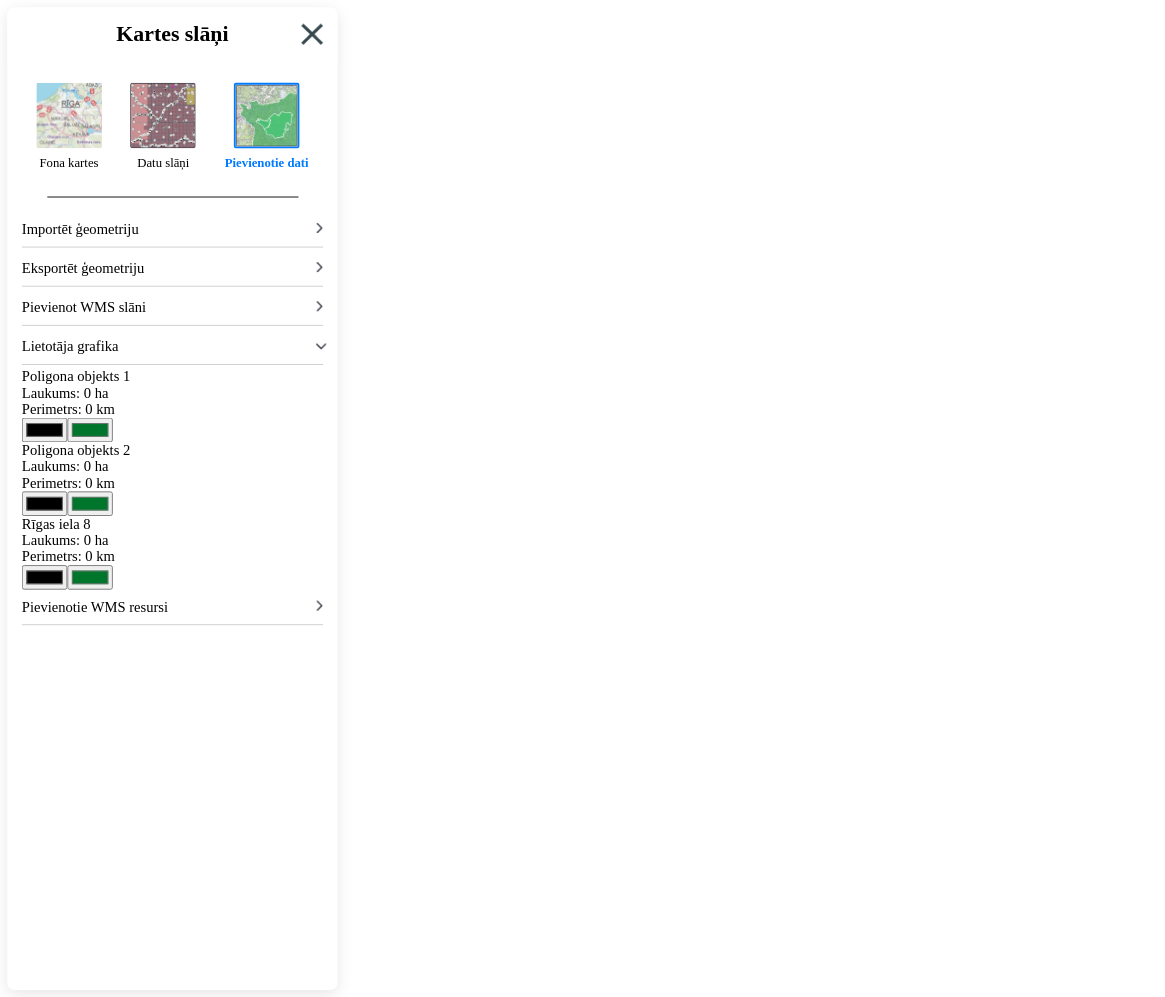
Repository: Kringelis/KP_kar-usl-i
Page: /, after clicking the first element matching `div.sidebar-tabs > :nth-child(3)`
These files come from the project's save history. The page is drawn as it stood at one moment and after a run of saves; the edit follows.
The browser window is 1280 px wide. The pictures show the whole page, at 91% of full size.
The project was rebuilt for these pictures with package versions that can differ from the ones it lists, and the page was loaded fresh each time. Also part of the build but not shown: src/components/FonaKartes.scss, src/components/DatuSlani.scss, src/components/DatuSlani.jsx, src/App.scss.

Above is the page before, as saved 2024-06-17 16:30:04.

### public/index.html
<!DOCTYPE html>
<html lang="en">
  <head>
    <link
      rel="stylesheet"
      href="https://fonts.googleapis.com/css2?family=Inter:wght@400;500;700&display=swap"
    />

    <meta charset="UTF-8" />
    <meta name="viewport" content="width=device-width, initial-scale=1.0" />
    <title>React App</title>
  </head>
  <body>
    <noscript>You need to enable JavaScript to run this app.</noscript>
    <div id="root"></div>
  </body>
</html>

### src/App.js
import React from "react";
import Sidebar from "./components/Sidebar";
import "./App.scss";

function App() {
  return (
    <div className="App">
      <header className="App-header">
        <Sidebar />
      </header>
    </div>
  );
}

export default App;

### src/components/Sidebar.jsx
import React, { useState } from "react";
import FonaKartes from "./FonaKartes";
import DatuSlani from "./DatuSlani";
import PievienotieDati from "./PievienotieDati";
import "./Sidebar.scss";

import pirmais from "./pirmais.png";
import otrais from "./otrais.png";
import tresais from "./tresais.png";
import close from "./close.png";

const Sidebar = () => {
  const [activeSection, setActiveSection] = useState("FonaKartes");

  return (
    <div className="sidebar">
      <div className="sidebar-header">
        <div className="sidebar-title">Kartes slāņi</div>
        <img src={close} alt="Close" className="close-icon" />
      </div>
      <div className="sidebar-tabs">
        <div
          className={`tab ${activeSection === "FonaKartes" ? "active" : ""}`}
          onClick={() => setActiveSection("FonaKartes")}
        >
          <img src={pirmais} alt="Fona kartes" className="tab-square" />
          <div className="tab-text">Fona kartes</div>
        </div>
        <div
          className={`tab ${activeSection === "DatuSlani" ? "active" : ""}`}
          onClick={() => setActiveSection("DatuSlani")}
        >
          <img src={otrais} alt="Datu slāņi" className="tab-square" />
          <div className="tab-text">Datu slāņi</div>
        </div>
        <div
          className={`tab ${
            activeSection === "PievienotieDati" ? "active" : ""
          }`}
          onClick={() => setActiveSection("PievienotieDati")}
        >
          <img src={tresais} alt="Pievienotie dati" className="tab-square" />
          <div className="tab-text">Pievienotie dati</div>
        </div>
      </div>
      <div className="dividing-line"></div>{" "}
      {/* Added horizontal dividing line */}
      <div className="sidebar-content">
        {activeSection === "FonaKartes" && <FonaKartes />}
        {activeSection === "DatuSlani" && <DatuSlani />}
        {activeSection === "PievienotieDati" && <PievienotieDati />}
      </div>
    </div>
  );
};

export default Sidebar;

### src/components/FonaKartes.jsx
import React, { useState } from "react";
import "./FonaKartes.scss";
import copy from "./copyright.png";
import one from "./Rectangle 4.png";
import two from "./Rectangle 4(1).png";
import three from "./Rectangle 4(2).png";
import four from "./Rectangle 4(3).png";

import six from "./Rectangle 4(5).png";
import seven from "./Rectangle 4(6).png";
import eight from "./Rectangle 4(7).png";
import nine from "./Rectangle 4(8).png";

const FonaKartes = () => {
  const [activeItem, setActiveItem] = useState(null);
  const [sliderValues, setSliderValues] = useState({});

  const items = [
    {
      id: 1,
      title: "Pārskata (topogrāfiskā) karte",
      subtitle: "Tradicionālā tipogrāfijas versija",
      image: one,
      tooltip: "LĢIA",
    },
    {
      id: 2,
      title: "Topogrāfiskā karte ar reljefu",
      subtitle: "WEB versija kombinācijā ar DTM",
      image: two,
      tooltip: "LĢIA",
    },
    {
      id: 3,
      title: "Kombinētā fona karte",
      subtitle: "Dažādas detalitātes fona karte",
      image: three,
      tooltip: "LĢIA",
    },
    {
      id: 4,
      title: "Melnbaltā fona karte",
      subtitle: "Dažādas detalitātes fona karte",
      image: four,
      tooltip: "LĢIA",
    },
    {
      id: 5,
      title: "Ortofoto karte",
      subtitle: "6., 7. un 8. cikla jaunāko datu pārklājums",
      image: nine,
      tooltip: "LĢIA",
    },
    {
      id: 6,
      title: "Digitālais reljefa modelis",
      subtitle: "LIDAR 2013. - 2021.g. (40 cm)",
      image: six,
      tooltip: "LĢIA",
    },
    {
      id: 7,
      title: "Digitālais reljefa modelis ar horizontālēm",
      subtitle: "LIDAR 2013. - 2021.g. (40 cm)",
      image: seven,
      tooltip: "LĢIA",
    },
    {
      id: 8,
      title: "Digitālais virsmas modelis",
      subtitle: "LIDAR 2013. - 2021.g. (40 cm)",
      image: seven,
      tooltip: "LĢIA",
    },
    {
      id: 9,
      title: "Vēsturiskā topogrāfiskā karte mērogā 1: 75 000",
      subtitle: "No 1921. līdz 1940. gadam",
      image: eight,
      tooltip: "LĢIA",
    },
  ];

  const handleItemClick = (id) => {
    setActiveItem(id);
    if (!sliderValues.hasOwnProperty(id)) {
      setSliderValues((prevValues) => ({
        ...prevValues,
        [id]: 50,
      }));
    }
  };

  const handleSliderChange = (id, value) => {
    setSliderValues((prevValues) => ({
      ...prevValues,
      [id]: value,
    }));
  };

  return (
    <div className="fona-kartes">
      {items.map((item) => (
        <div
          key={item.id}
          className={`fona-kartes-item ${
            activeItem === item.id ? "active" : ""
          }`}
          onClick={() => handleItemClick(item.id)}
        >
          <div className="icon-container">
            <img
              src={copy}
              alt="info"
              className="info-icon"
              onClick={(e) => e.stopPropagation()}
            />
            <div className="tooltip">{item.tooltip}</div>
          </div>
          <div className="item-square">
            <img src={item.image} alt={`Kartes ikona`} />
          </div>
          <div className="item-text">
            <div className="item-title">{item.title}</div>
            <div className="item-subtitle">{item.subtitle}</div>
            {activeItem === item.id && (
              <div className="slider-container">
                <div
                  className="hollow-square"
                  onClick={(e) => {
                    e.stopPropagation();
                    handleSliderChange(item.id, 0);
                  }}
                ></div>
                <input
                  type="range"
                  className="item-slider"
                  value={sliderValues[item.id] || 0}
                  onChange={(e) =>
                    handleSliderChange(item.id, parseInt(e.target.value))
                  }
                />
                <div
                  className="black-square"
                  onClick={(e) => {
                    e.stopPropagation();
                    handleSliderChange(item.id, 100);
                  }}
                ></div>
              </div>
            )}
          </div>
        </div>
      ))}
    </div>
  );
};

export default FonaKartes;

### src/components/PievienotieDati.jsx
import React, { useState } from "react";
import "./PievienotieDati.scss";
import Arrow from "./Vector.png";

const PievienotieDati = () => {
  const [isImportGeometryOpen, setImportGeometryOpen] = useState(false);
  const [isExportGeometryOpen, setExportGeometryOpen] = useState(false);
  const [isAddWMSLayerOpen, setAddWMSLayerOpen] = useState(false);
  const [isUserGraphicsOpen, setUserGraphicsOpen] = useState(true);
  const [isWMSResourcesOpen, setWMSResourcesOpen] = useState(false);
  const [isLVMGeoWMSOpen, setLVMGeoWMSOpen] = useState(false);

  const [userGraphics, setUserGraphics] = useState([
    {
      id: 1,
      name: "Poligona objekts 1",
      area: 0,
      perimeter: 0,
      outlineColor: "#000000",
      fillColor: "#00762C",
    },
    {
      id: 2,
      name: "Poligona objekts 2",
      area: 0,
      perimeter: 0,
      outlineColor: "#000000",
      fillColor: "#00762C",
    },
    {
      id: 3,
      name: "Rīgas iela 8",
      area: 0,
      perimeter: 0,
      outlineColor: "#000000",
      fillColor: "#00762C",
    },
  ]);

  const toggleSection = (setFunction) => {
    setFunction((prevState) => !prevState);
  };

  const handleColorChange = (id, type, color) => {
    const newUserGraphics = userGraphics.map((item) =>
      item.id === id ? { ...item, [type]: color } : item
    );
    setUserGraphics(newUserGraphics);
  };

  return (
    <div className="pievienotie-dati">
      <div
        className="section-title"
        onClick={() => toggleSection(setImportGeometryOpen)}
      >
        Importēt ģeometriju
        <span
          className={`accordion-icon ${isImportGeometryOpen ? "open" : ""}`}
        >
          <img className="accordion-icon" src={Arrow} alt="V" />
        </span>
      </div>
      {isImportGeometryOpen && (
        <div className="sub-section">Importēt ģeometriju</div>
      )}

      <div
        className="section-title"
        onClick={() => toggleSection(setExportGeometryOpen)}
      >
        Eksportēt ģeometriju
        <span
          className={`accordion-icon ${isExportGeometryOpen ? "open" : ""}`}
        >
          <img className="accordion-icon" src={Arrow} alt="V" />
        </span>
      </div>
      {isExportGeometryOpen && (
        <div className="sub-section">Eksportēt ģeometriju</div>
      )}

      <div
        className="section-title"
        onClick={() => toggleSection(setAddWMSLayerOpen)}
      >
        Pievienot WMS slāni
        <span className={`accordion-icon ${isAddWMSLayerOpen ? "open" : ""}`}>
          <img className="accordion-icon" src={Arrow} alt="V" />
        </span>
      </div>
      {isAddWMSLayerOpen && (
        <div className="sub-section">Pievienot WMS slāni</div>
      )}

      <div
        className="section-title"
        onClick={() => toggleSection(setUserGraphicsOpen)}
      >
        Lietotāja grafika
        <span className={`accordion-icon ${isUserGraphicsOpen ? "open" : ""}`}>
          <img className="accordion-icon" src={Arrow} alt="V" />
        </span>
      </div>
      {isUserGraphicsOpen && (
        <div className="sub-section">
          {userGraphics.map((item) => (
            <div key={item.id} className="toggle-item">
              <div className="item-info">
                <span>{item.name}</span>
                <div className="info">
                  <div>Laukums: {item.area} ha</div>
                  <div>Perimetrs: {item.perimeter} km</div>
                </div>
              </div>
              <div className="icons">
                <label>
                  <input
                    type="color"
                    value={item.outlineColor}
                    onChange={(e) =>
                      handleColorChange(item.id, "outlineColor", e.target.value)
                    }
                  />
                  <span
                    className="color-block"
                    style={{ backgroundColor: item.outlineColor }}
                  ></span>
                </label>
                <label>
                  <input
                    type="color"
                    value={item.fillColor}
                    onChange={(e) =>
                      handleColorChange(item.id, "fillColor", e.target.value)
                    }
                  />
                  <span
                    className="color-block"
                    style={{ backgroundColor: item.fillColor }}
                  ></span>
                </label>
              </div>
            </div>
          ))}
        </div>
      )}

      <div
        className="section-title"
        onClick={() => toggleSection(setWMSResourcesOpen)}
      >
        Pievienotie WMS resursi
        <span className={`accordion-icon ${isWMSResourcesOpen ? "open" : ""}`}>
          <img className="accordion-icon" src={Arrow} alt="V" />
        </span>
      </div>
      {isWMSResourcesOpen && (
        <div className="sub-section">
          <div
            className="sub-title"
            onClick={() => toggleSection(setLVMGeoWMSOpen)}
          >
            LVM GEO WMS
            <span className={`accordion-icon ${isLVMGeoWMSOpen ? "open" : ""}`}>
              <img className="accordion-icon" src={Arrow} alt="V" />
            </span>
          </div>
          {isLVMGeoWMSOpen && (
            <div className="sub-sub-section">
              {[
                "Mežaudzu plāns",
                "Augsnes laukumi",
                "Rekreācijas zonas",
                "Kvartāra nogulumu karte",
                "Digitālā reljefa modelis",
                "Vēja ātrums",
              ].map((layer, index) => (
                <div className="toggle-item" key={index}>
                  <span>{layer}</span>
                  <label className="toggle-switch">
                    <input type="checkbox" />
                    <span className="slider"></span>
                  </label>
                </div>
              ))}
            </div>
          )}
        </div>
      )}
    </div>
  );
};

export default PievienotieDati;

### src/components/Sidebar.scss
.sidebar {
  width: 363px;
  height: 1080px;
  background-color: #ffffff;
  box-shadow: 0px 4px 16px rgba(0, 0, 0, 0.1);
  border-radius: 8px;
  overflow: hidden;
  position: relative;

  .sidebar-header {
    display: flex;
    justify-content: center;
    align-items: center;
    padding: 16px;
    background-color: #ffffff;
    position: relative;

    .sidebar-title {
      font-size: 24px;
      font-weight: bold;
      color: #000000;
    }
    &.active {
      color: #007bff;
    }

    .close-icon {
      width: 24px;
      height: 24px;
      cursor: pointer;
      position: absolute;
      right: 16px;
    }
  }

  .sidebar-tabs {
    display: flex;
    justify-content: space-around;
    padding: 16px;

    .tab {
      display: flex;
      flex-direction: column;
      align-items: center;
      font-size: 14px;
      color: #000000;
      cursor: pointer;
      padding: 8px 0;

      border-radius: 10%;
      transition: background-color 0.3s ease, color 0.3s ease;

      &.active {
        .tab-square {
          border: 2px solid #007bff;
          box-sizing: border-box;
          border-radius: 3%;
        }
        .tab-text {
          color: #007bff;
          font-weight: bold;
        }
      }

      &:hover {
        background-color: #f8f9fa;
      }

      .tab-square {
        width: 72px;
        height: 72px;
        margin-bottom: 8px;
        display: flex;
        border-radius: 3%;
        justify-content: center;
        align-items: center;
        box-sizing: border-box;
      }

      .tab-image {
        width: 100%;
        height: 100%;
        object-fit: cover;
      }

      .tab-text {
        text-align: center;
      }
    }
  }

  .sidebar-content {
    padding: 16px;
  }

  .dividing-line {
    width: 276px;
    height: 1px;
    background-color: #000;
    margin: 0 auto;
    margin-top: 5px;
  }
}

### src/components/PievienotieDati.scss
.pievienotie-dati {
  .section-title {
    display: flex;
    justify-content: space-between;
    align-items: center;
    font-size: 16px;
    cursor: pointer;
    padding: 10px 0;
    margin-bottom: 4px;
    border-bottom: 1px solid #ccc;

    .accordion-icon {
      transition: transform 0.3s ease;
      margin-left: auto;
    }

    .accordion-icon.open {
      transform: rotate(90deg);
    }

    .sub-section {
      padding-left: 20px;
      margin-top: 16px;
      display: flex;
      flex-direction: column;
      align-items: flex-start;
    }

    .toggle-item {
      width: 100%;
      display: flex;
      justify-content: space-between;
      align-items: center;
      margin-top: 8px;
      padding: 8px;
      border-bottom: 1px solid #ccc;

      .item-info {
        flex: 1;
      }

      .info {
        font-size: 12px;
        color: rgb(0, 0, 0);
      }

      .icons {
        display: flex;
        align-items: center;

        label {
          display: flex;
          align-items: center;
          margin-right: 10px;
          position: relative;

          input[type="color"] {
            visibility: hidden;
            position: absolute;
          }

          .color-block {
            width: 16px;
            height: 16px;
            border-radius: 10%;
            margin-right: 5px;
            cursor: pointer;
          }

          .red {
            background-color: #ff0000;
          }
          .yellow {
            background-color: #ffff00;
          }
          .orange {
            background-color: #ffa500;
          }
          .green {
            background-color: #008000;
          }
          .cyan {
            background-color: #00ffff;
          }
          .blue {
            background-color: #0000ff;
          }
          .purple {
            background-color: #800080;
          }
          .pink {
            background-color: #ffc0cb;
          }
          .black {
            background-color: #000000;
          }
        }
      }
    }

    .toggle-switch {
      position: relative;
      display: inline-block;
      width: 20px;
      height: 10px;
      margin-left: 8px;
      vertical-align: middle;

      input {
        opacity: 0;
        width: 0;
        height: 0;
      }

      .slider {
        position: absolute;
        cursor: pointer;
        top: 0;
        left: 0;
        right: 0;
        bottom: 0;
        background-color: white;
        transition: 0.4s;
        border-radius: 34px;
        border: 1px solid black;

        &:before {
          content: "";
          position: absolute;
          height: 6px;
          width: 6px;
          background-color: black;
          transition: 0.4s;
          border-radius: 50%;
          left: 1px;
          bottom: 1px;
          right: 100%;
          margin: auto;
        }
      }

      input:checked + .slider {
        background-color: #007bff;
        border-color: transparent;
      }

      input:checked + .slider:before {
        transform: translateX(10px);
        background-color: white;
      }
    }
    .dividing-line {
      width: calc(100% - 20px);
      height: 10px;
      background-color: #000000;
      margin: 0 auto;
      margin-top: 5px;
    }
  }
}

Loaded but not shown: src/index.js (common file); src/reportWebVitals.js (common file); src/index.css (no stored copy; drawn as an empty file)

After the next 2 saves:
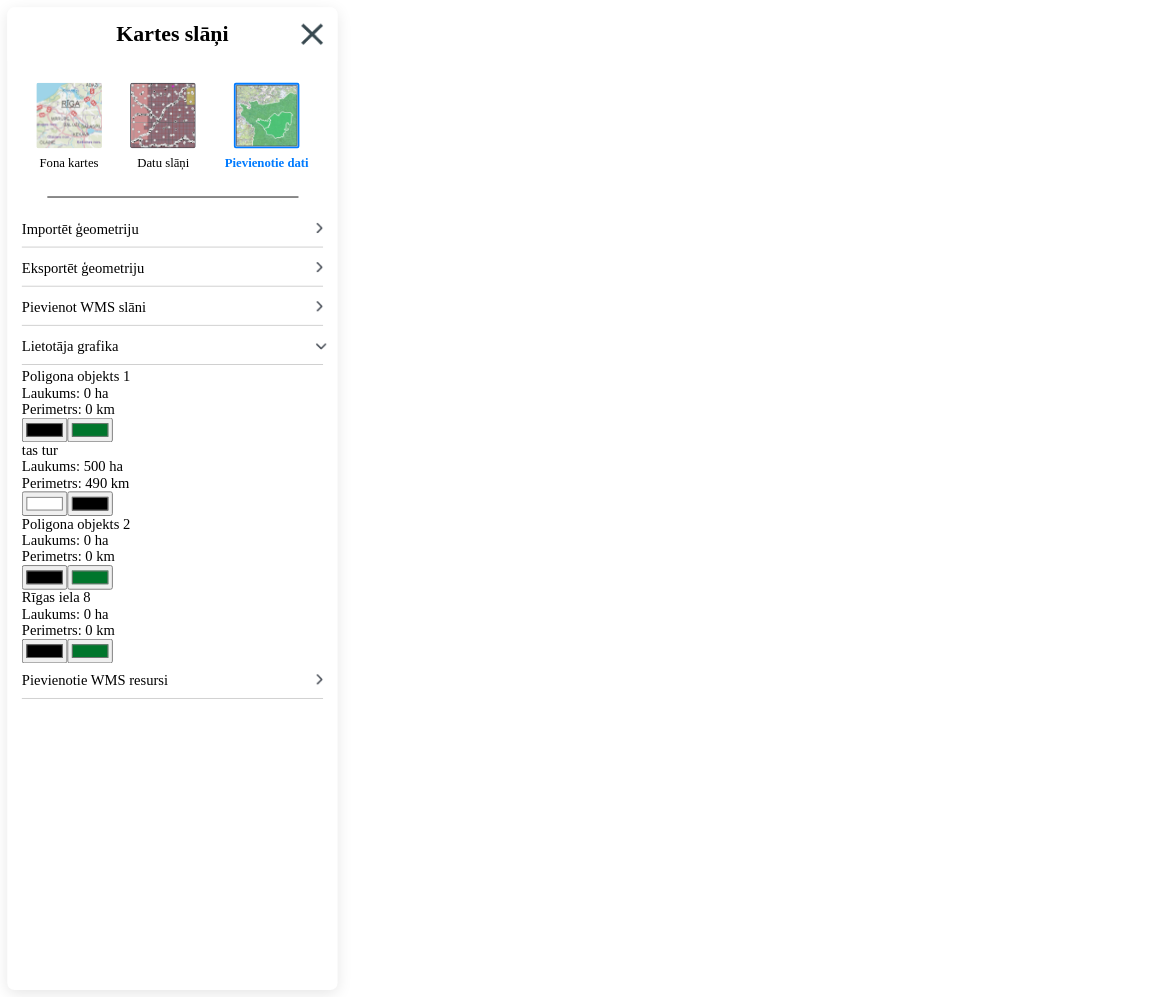
The 2 saves are shown as one change because they came seconds apart.
The last was saved 3 min 51 s later.
--- a/src/components/PievienotieDati.jsx
+++ b/src/components/PievienotieDati.jsx
@@ -18,6 +18,14 @@ const PievienotieDati = () => {
       perimeter: 0,
       outlineColor: "#000000",
       fillColor: "#00762C",
+    },
+    {
+      id: 15,
+      name: "tas tur",
+      area: 500,
+      perimeter: 490,
+      outlineColor: "#FFFFFF",
+      fillColor: "#000000",
     },
     {
       id: 2,
